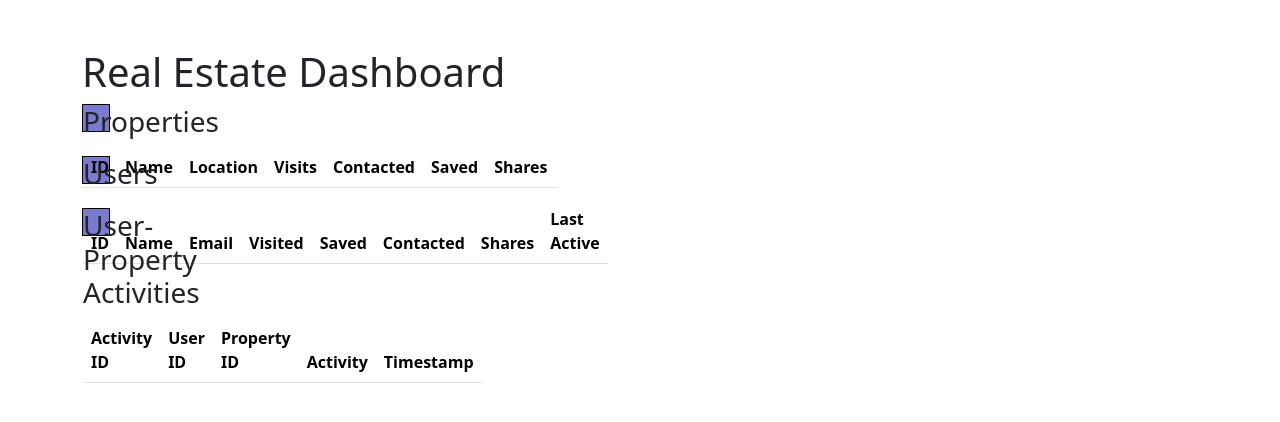
Repository: profospace/ProfoIQ
Page: /dashboard
These files come from the project's save history. The page is drawn as it stood at one moment and after the next save; the edit follows.
The browser window is 1280 px wide. The pictures show the whole page.
The page's requests for data from a server got no answer. The project was rebuilt for these pictures with package versions that can differ from the ones it lists, and the page was loaded fresh each time. No one was signed in, and anything a server would have sent is missing. Also part of the build but not shown: vite.config.js.

Above is the page before, as saved 2024-12-21 11:38:40.

### src/App.jsx
// Import necessary modules
import React, { useState, useEffect } from "react";
import "bootstrap/dist/css/bootstrap.min.css";
import axios from "axios";

// Table Components
const PropertiesTable = () => {
  const [properties, setProperties] = useState([]);

  useEffect(() => {
    axios.get("/api/properties")
      .then((response) => setProperties(response.data))
      .catch((error) => console.error("Error fetching properties:", error));
  }, []);

  return (
    <div className="mb-4">
      <h3>Properties</h3>
      <table className="table table-striped">
        <thead>
          <tr>
            <th>ID</th>
            <th>Name</th>
            <th>Location</th>
            <th>Visits</th>
            <th>Contacted</th>
            <th>Saved</th>
            <th>Shares</th>
          </tr>
        </thead>
        <tbody>
          {properties.map((property) => (
            <tr key={property.id}>
              <td>{property.id}</td>
              <td>{property.name}</td>
              <td>{property.location}</td>
              <td>{property.visits}</td>
              <td>{property.contacted}</td>
              <td>{property.saved}</td>
              <td>{property.shares}</td>
            </tr>
          ))}
        </tbody>
      </table>
    </div>
  );
};

const UsersTable = () => {
  const [users, setUsers] = useState([]);

  useEffect(() => {
    axios.get("/api/users")
      .then((response) => setUsers(response.data))
      .catch((error) => console.error("Error fetching users:", error));
  }, []);

  return (
    <div className="mb-4">
      <h3>Users</h3>
      <table className="table table-striped">
        <thead>
          <tr>
            <th>ID</th>
            <th>Name</th>
            <th>Email</th>
            <th>Visited</th>
            <th>Saved</th>
            <th>Contacted</th>
            <th>Shares</th>
            <th>Last Active</th>
          </tr>
        </thead>
        <tbody>
          {users.map((user) => (
            <tr key={user.id}>
              <td>{user.id}</td>
              <td>{user.name}</td>
              <td>{user.email}</td>
              <td>{user.visited}</td>
              <td>{user.saved}</td>
              <td>{user.contacted}</td>
              <td>{user.shares}</td>
              <td>{user.lastActive}</td>
            </tr>
          ))}
        </tbody>
      </table>
    </div>
  );
};

const UserPropertyActivitiesTable = () => {
  const [activities, setActivities] = useState([]);

  useEffect(() => {
    axios.get("/api/activities")
      .then((response) => setActivities(response.data))
      .catch((error) => console.error("Error fetching activities:", error));
  }, []);

  return (
    <div className="mb-4">
      <h3>User-Property Activities</h3>
      <table className="table table-striped">
        <thead>
          <tr>
            <th>Activity ID</th>
            <th>User ID</th>
            <th>Property ID</th>
            <th>Activity</th>
            <th>Timestamp</th>
          </tr>
        </thead>
        <tbody>
          {activities.map((activity) => (
            <tr key={activity.id}>
              <td>{activity.id}</td>
              <td>{activity.userId}</td>
              <td>{activity.propertyId}</td>
              <td>{activity.activity}</td>
              <td>{activity.timestamp}</td>
            </tr>
          ))}
        </tbody>
      </table>
    </div>
  );
};

// Main Dashboard Component
const Dashboard = () => (
  <div className="container mt-5">
    <h1>Real Estate Dashboard</h1>
    <PropertiesTable />
    <UsersTable />
    <UserPropertyActivitiesTable />
  </div>
);

// Export App Component
export default Dashboard;

### src/index.css
*{margin: 0;padding: 0;box-sizing: border-box;}

.app{
  width: 100%;
  min-height: 100vh;
  background-color: aliceblue;
  display: flex;
  justify-content: center;
  align-items: center;
  flex-direction: column;
}

.app .container{
  width: 70vmax;
  height: 35vmax;
  background-color: rgb(195, 255, 255);

  display: flex;
  flex-wrap: wrap;
  align-content: flex-start;
}

.container div{
  width: 28px;
  height: 28px;
  background-color: rgba(0, 0, 163, 0.521);
  border: 1px solid #000;


}

button{
  margin-top: 20px;
}

Loaded but not shown: index.html (common file); src/main.jsx (common file)

After the next save:
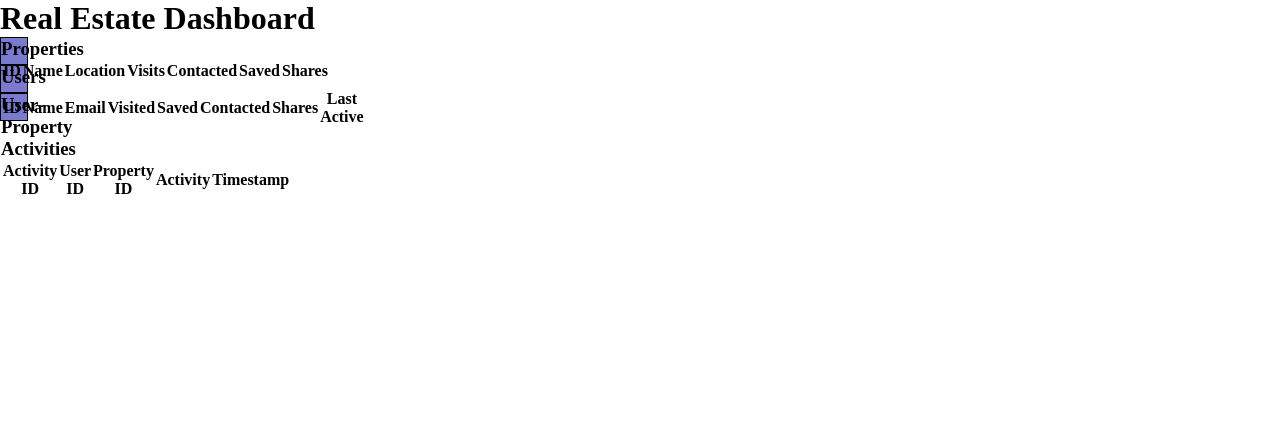
Saved 31 s later.
--- a/src/App.jsx
+++ b/src/App.jsx
@@ -1,6 +1,5 @@
 // Import necessary modules
 import React, { useState, useEffect } from "react";
-import "bootstrap/dist/css/bootstrap.min.css";
 import axios from "axios";
 
 // Table Components
